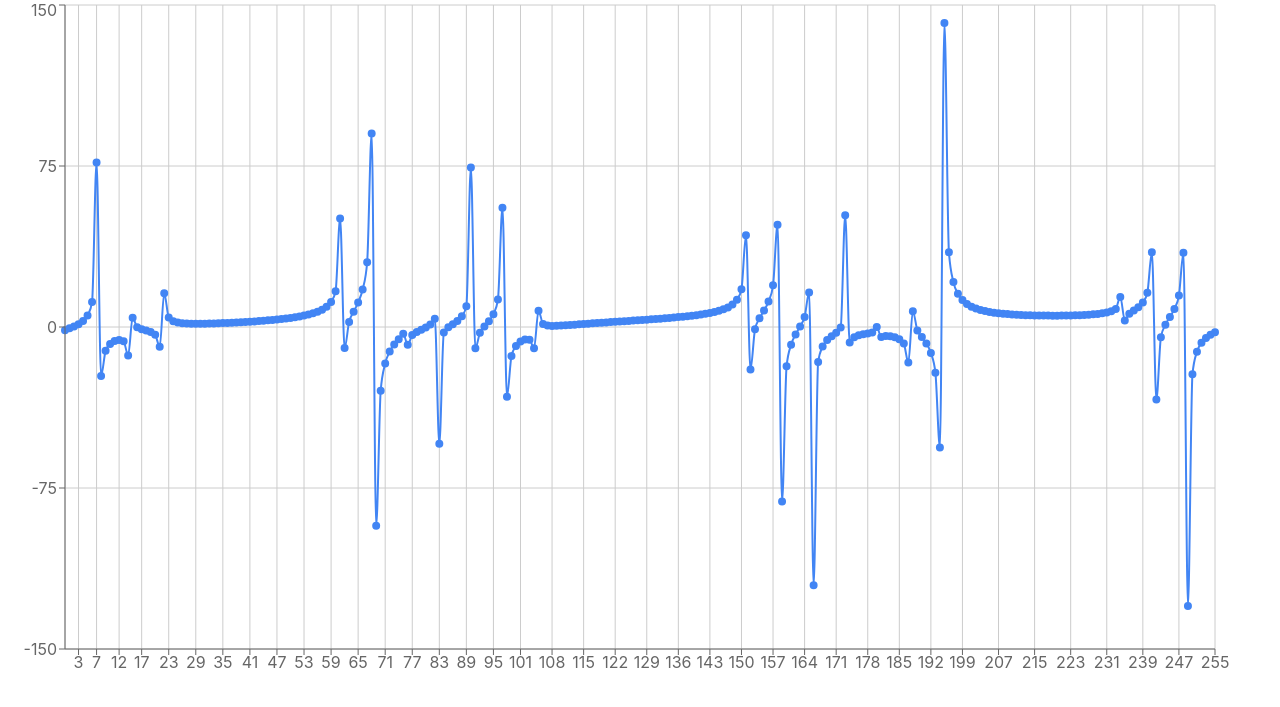
Repository: ivanburlakov/rts-labs
Page: / (app in lab2.1/)
The author's editor kept a copy of each file at every save. The page is drawn from the files as they stood at one save, then again after the next save.
The browser window is 1280 px wide. The pictures show the whole page.
The project was rebuilt for these pictures with package versions that can differ from the ones it lists, and the page was loaded fresh each time.

Above is the page before, as saved 2021-04-23 17:46:03.

### lab2.1/src/App.js
import { useState, useEffect } from "react";
import {
  LineChart,
  Line,
  CartesianGrid,
  XAxis,
  YAxis,
  ResponsiveContainer,
  Tooltip,
} from "recharts";
import "./App.css";

function W(p, k, N) {
  return (
    Math.cos(((2 * Math.PI) / N) * (p * k)) - Math.sin(((2 * Math.PI) / N) * (p * k))
  );
}

function generateChart(harmonics, frequencyBorder, ticks) {
  const results = [];
  const x = [];
  const data = [];
  const a = [
    0.4339828585740546,
    0.7913122899825349,
    0.9046675274492586,
    0.03561605703191084,
    0.6945208754805292,
    0.31068813398293105,
    0.8019743203386724,
    0.28475103254141687,
    0.12064273435943562,
    0.9330672886468734,
  ];
  const phi = [
    0.22630164484429782,
    0.209250913297216,
    0.4181397442964869,
    0.7283513419958436,
    0.9143343248574061,
    0.29136587444048345,
    0.6230305731180181,
    0.7151092751757229,
    0.053674000231757946,
    0.14700253263682495,
  ];
  for (let i = 0; i < harmonics; i++) {
    const w = (frequencyBorder / harmonics) * (i + 1);
    const harmonic = [];
    for (let t = 0; t < ticks; t++) {
      harmonic.push(a[i] * Math.sin(w * t + phi[i]));
    }
    results.push(harmonic);
  }
  for (let t = 0; t < ticks; t++) {
    let sum = 0;
    for (const array of results) {
      sum += array[t];
    }
    x.push(sum);
  }
  for (let p = 0; p < 256; p++) {
    let F = 0;
    for (let k = 0; k < x.length - 1; k++) {
      F += x[k] * W(p, k, x.length);
    }
    data.push({
      p,
      'F(p)': F,
    });
  }
  return data;
}

function App() {
  const [data, setData] = useState(null);
  useEffect(() => {
    setData(generateChart(10, 900, 256));
  }, []);
  return (
    <div className="App">
      {data && (
        <div className="chart">
          <ResponsiveContainer width="100%" height="95%">
            <LineChart
              data={data}
              margin={{ right: 65, top: 5, bottom: 5, left: 5 }}
            >
              <CartesianGrid stroke="#ccc" />
              <Line
                type="monotone"
                dataKey="F(p)"
                stroke="#4285F4"
                fill="#4285F4"
                strokeWidth={2}
              />
              <XAxis dataKey="p" />
              <YAxis dataKey="F(p)" />
              <Tooltip />
            </LineChart>
          </ResponsiveContainer>
        </div>
      )}
    </div>
  );
}

export default App;

### lab2.1/src/App.css
.App {
  position: absolute;
  top: 0;
  bottom: 0;
  left: 0;
  right: 0;
  display: flex;
  flex-direction: column;
  justify-content: center;
  align-items: center;
  overflow: hidden;
}

.results {
  flex: 1;
  position: relative;
  height: 80px;
  width: 100%;
  display: flex;
  flex-direction: row;
}

.center {
  flex: 1;
  position: relative;
  display: flex;
  justify-content: center;
  align-items: center;
}

.mx {
  display: block;
}

.dx {
  display: block;
}

.chart {
  position: relative;
  height: 100%s;
  width: 100%;
  flex: 5;
}

Loaded but not shown: lab2.1/public/index.html (common file); lab2.1/src/index.js (common file); lab2.1/src/index.css (common file); lab2.1/src/reportWebVitals.js (common file)

After the next save:
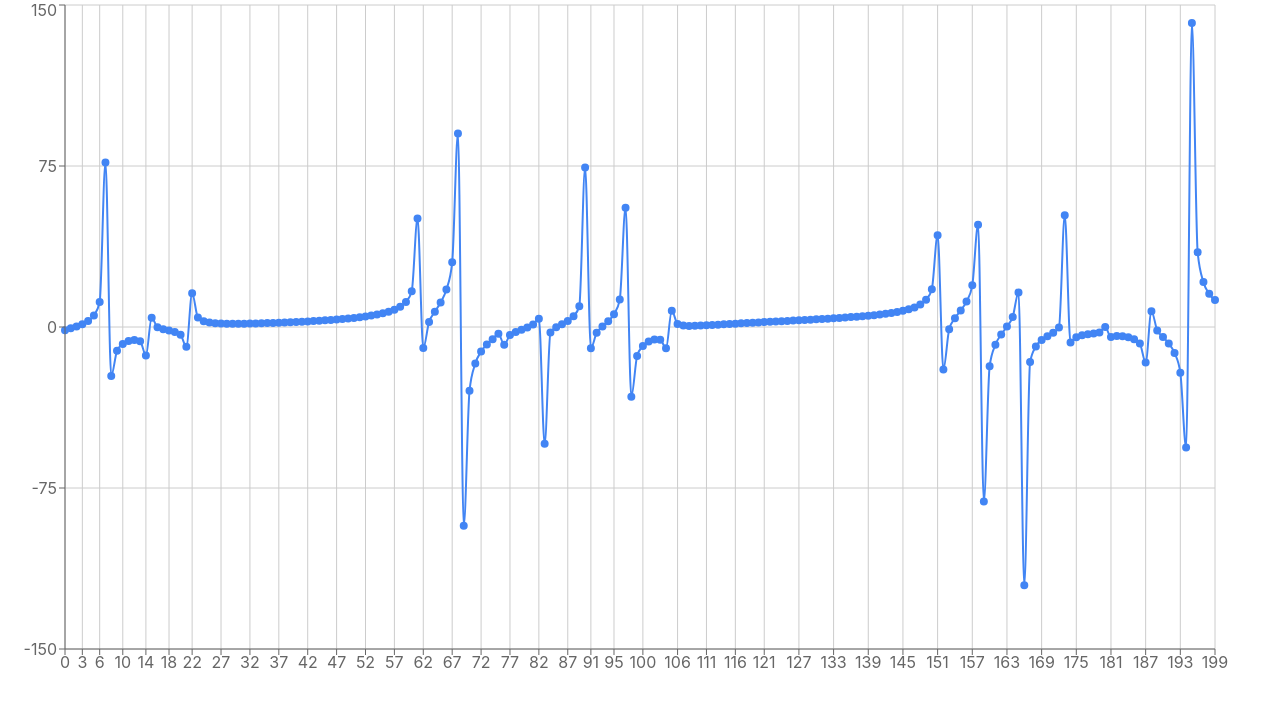
Saved 9 s later.
--- a/lab2.1/src/App.js
+++ b/lab2.1/src/App.js
@@ -59,7 +59,7 @@ function generateChart(harmonics, frequencyBorder, ticks) {
     }
     x.push(sum);
   }
-  for (let p = 0; p < 256; p++) {
+  for (let p = 0; p < 200; p++) {
     let F = 0;
     for (let k = 0; k < x.length - 1; k++) {
       F += x[k] * W(p, k, x.length);
